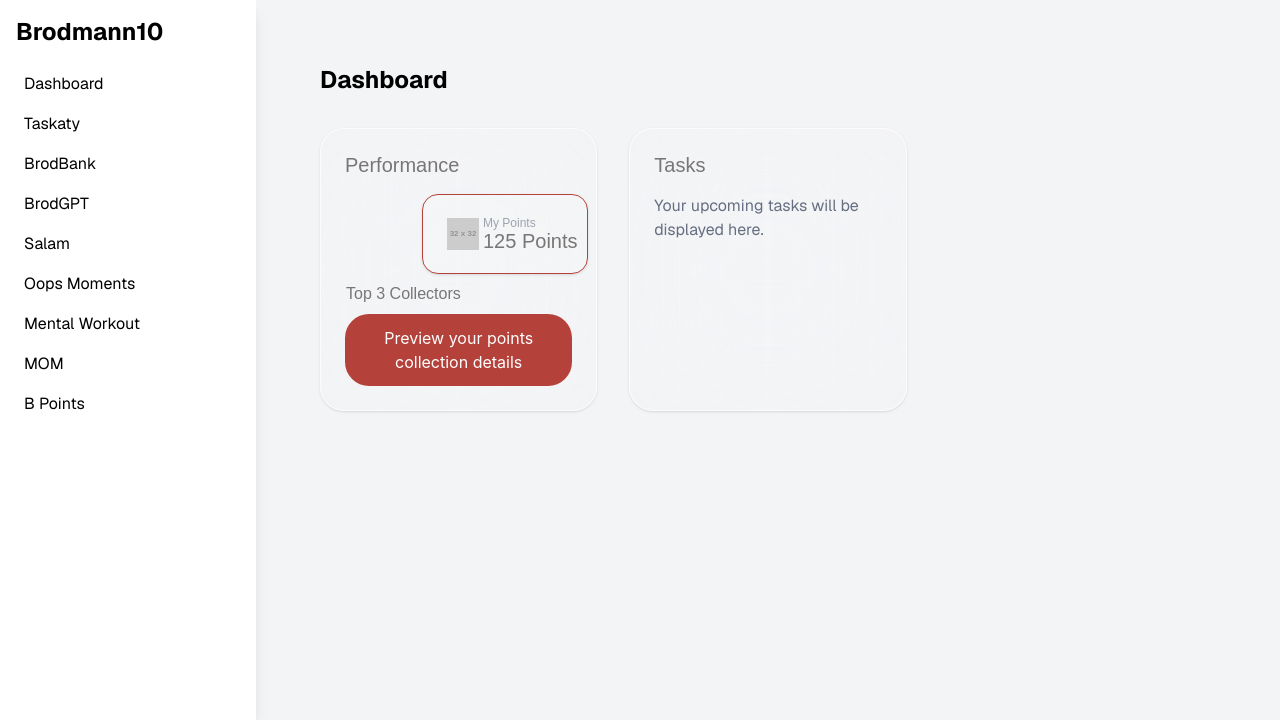
Repository: niirshihab/aetherav14
Page: /dashboard
These files come from the project's save history. The page is drawn as it stood at one moment and after the next save; the edit follows.
The browser window is 1280 px wide. The pictures show the whole page.
The project was rebuilt for these pictures with package versions that can differ from the ones it lists, and the page was loaded fresh each time. Some packages were replaced by stand-ins written for this rebuild. The framework's server and built-in components were replaced by stand-ins that run in the browser. Also part of the build but not shown: next.config.js.

Above is the page before, as saved 2024-07-21 02:02:55.

### app/dashboard/layout.tsx
import { Sidebar } from '@/components/SideNav'

export default function DashboardLayout({
  children,
}: {
  children: React.ReactNode
}) {
  return (
    <div className="flex flex-col lg:flex-row min-h-screen bg-gray-100">
      <Sidebar />
      <main className="flex-1 overflow-y-auto p-4 lg:p-8">{children}</main>
    </div>
  )
}

### app/dashboard/page.tsx
// app/dashboard/page.tsx
import { Widget } from '@/components/Widget'
import { Button } from '@/components/Button'

export default function DashboardPage() {
  return (
    <div className="p-8">
      <h1 className="text-2xl font-bold mb-8">Dashboard</h1>
      <div className="grid grid-cols-1 md:grid-cols-2 lg:grid-cols-3 gap-8">
        <Widget title="Performance">
          <div className="w-80 h-20 justify-center items-center inline-flex">
            <div className="grow shrink basis-0 self-stretch justify-center items-center gap-2 inline-flex">
              <div className="w-40 h-20 justify-center items-center flex">
                <div className="grow shrink basis-0 self-stretch p-6 bg-brod-stone-50/5 rounded-2xl shadow border border-brod-rose-700 flex-col justify-center items-center gap-2 inline-flex">
                  <div className="h-16 justify-start items-center gap-1 inline-flex">
                    <img className="w-8 h-8" src="https://via.placeholder.com/32x32" alt="User" />
                    <div className="flex-col justify-start items-start gap-0.5 inline-flex">
                      <div className="text-gray-400 text-xs font-normal font-abeezee leading-none">My Points</div>
                      <div className="w-28 justify-start items-center gap-1 inline-flex">
                        <div className="text-brod-stone/60 text-xl font-normal font-abeezee leading-none">125 Points</div>
                      </div>
                    </div>
                  </div>
                </div>
              </div>
              {/* Add Company's Average section here */}
            </div>
          </div>
          <div className="self-stretch h-10 pl-px justify-start items-center inline-flex">
            <div className="grow shrink basis-0 flex-col justify-start items-start gap-0.5 inline-flex">
              <div className="text-brod-stone/60 text-base font-normal font-abeezee leading-none">Top 3 Collectors</div>
            </div>
            {/* Add top 3 collectors images here */}
          </div>
          <Button>Preview your points collection details</Button>
        </Widget>

        {/* Example of another widget */}
        <Widget title="Tasks">
          {/* Add task-related content here */}
          <p className="text-brod-gray-500">Your upcoming tasks will be displayed here.</p>
        </Widget>

        {/* Add more widgets as needed */}
      </div>
    </div>
  )
}

### app/globals.css
@tailwind base;
@tailwind components;
@tailwind utilities;

:root {
  --foreground: 0 0% 0%;
  --background: 0 0% 100%;
}

@media (prefers-color-scheme: dark) {
  :root {
    --foreground: 0 0% 100%;
    --background: 0 0% 0%;
  }
}

body {
  color: hsl(var(--foreground));
  background: hsl(var(--background));
}

### components/SideNav.tsx
'use client'

import React, { useState } from 'react';
import Link from 'next/link';
import { Menu, X } from 'lucide-react';

const navItems = [
  { name: 'Dashboard', href: '/dashboard', icon: 'dashboard-icon' },
  { name: 'Taskaty', href: '/taskaty', icon: 'taskaty-icon', dropdown: true },
  { name: 'BrodBank', href: '/brodbank', icon: 'brodbank-icon' },
  { name: 'BrodGPT', href: '/brodgpt', icon: 'brodgpt-icon' },
  { name: 'Salam', href: '/salam', icon: 'salam-icon', dropdown: true },
  { name: 'Oops Moments', href: '/oops-moments', icon: 'oops-moments-icon' },
  { name: 'Mental Workout', href: '/mental-workout', icon: 'mental-workout-icon' },
  { name: 'MOM', href: '/mom', icon: 'mom-icon' },
  { name: 'B Points', href: '/b-points', icon: 'b-points-icon' },
];

export const Sidebar: React.FC = () => {
  const [isOpen, setIsOpen] = useState(false);

  return (
    <>
      <button
        className="lg:hidden fixed top-4 left-4 z-20"
        onClick={() => setIsOpen(!isOpen)}
      >
        {isOpen ? <X size={24} /> : <Menu size={24} />}
      </button>
      <div className={`fixed inset-y-0 left-0 transform ${isOpen ? "translate-x-0" : "-translate-x-full"} lg:relative lg:translate-x-0 transition duration-200 ease-in-out lg:flex lg:flex-col w-64 bg-white shadow-lg z-10`}>
        <div className="p-4">
          <h1 className="text-2xl font-bold">Brodmann10</h1>
        </div>
        <nav className="flex-1 overflow-y-auto">
          {navItems.map((item) => (
            <div key={item.name} className="px-4 py-2">
              <Link href={item.href} className="flex items-center space-x-2 text-black hover:text-brod-rose-700">
                <span>{/* Add icon here */}</span>
                <span>{item.name}</span>
              </Link>
            </div>
          ))}
        </nav>
      </div>
    </>
  );
};

### components/Widget.tsx
// components/Widget.tsx
import React from 'react';

interface WidgetProps {
  title: string;
  children: React.ReactNode;
}

export const Widget: React.FC<WidgetProps> = ({ title, children }) => {
  return (
    <div className="w-full bg-brod-stone-50/5 rounded-3xl shadow border border-white/70 backdrop-blur-3xl flex-col justify-center items-start gap-2 p-4 sm:p-6">
      <h2 className="text-brod-stone/60 text-xl font-normal font-abeezee leading-tight mb-4">{title}</h2>
      <div className="w-full">
        {children}
      </div>
    </div>
  );
};

### components/Button.tsx
// components/Button.tsx
import React from 'react';

interface ButtonProps {
  children: React.ReactNode;
  onClick?: () => void;
  fullWidth?: boolean;
}

export const Button: React.FC<ButtonProps> = ({ children, onClick, fullWidth = false }) => {
  return (
    <button
      onClick={onClick}
      className={`${fullWidth ? 'w-full' : 'w-auto'} px-4 sm:px-6 py-2 sm:py-3 bg-brod-rose-700 rounded-3xl flex justify-center items-center text-white text-sm sm:text-base font-normal font-inter leading-normal`}
    >
      {children}
    </button>
  );
};

### tailwind.config.ts
// tailwind.config.js
module.exports = {
  content: [
    './pages/**/*.{js,ts,jsx,tsx,mdx}',
    './components/**/*.{js,ts,jsx,tsx,mdx}',
    './app/**/*.{js,ts,jsx,tsx,mdx}',
  ],
  theme: {
    extend: {
      colors: {
        'brod-black': '#000000',
        'brod-zinc': '#1B1B1B',
        'brod-stone': '#242220',
        'brod-slate': '#334058',
        'brod-gray': {
          400: '#948997',
          500: '#666E81',
        },
        'brod-rose': {
          500: '#F4485D',
          700: '#B5413B',
        },
        'brod-orange': '#EE9849',
        'brod-stone-50': '#FEF9F9',
        foreground: 'hsl(var(--foreground))',
        background: 'hsl(var(--background))',
      },
      fontFamily: {
        'abeezee': ['ABeeZee', 'sans-serif'],
        'inter': ['Inter', 'sans-serif'],
        'poppins': ['Poppins', 'sans-serif'],
        'roboto': ['Roboto', 'sans-serif'],
      },
    },
  },
  plugins: [],
}

Loaded but not shown: app/layout.tsx (common file)

After the next save:
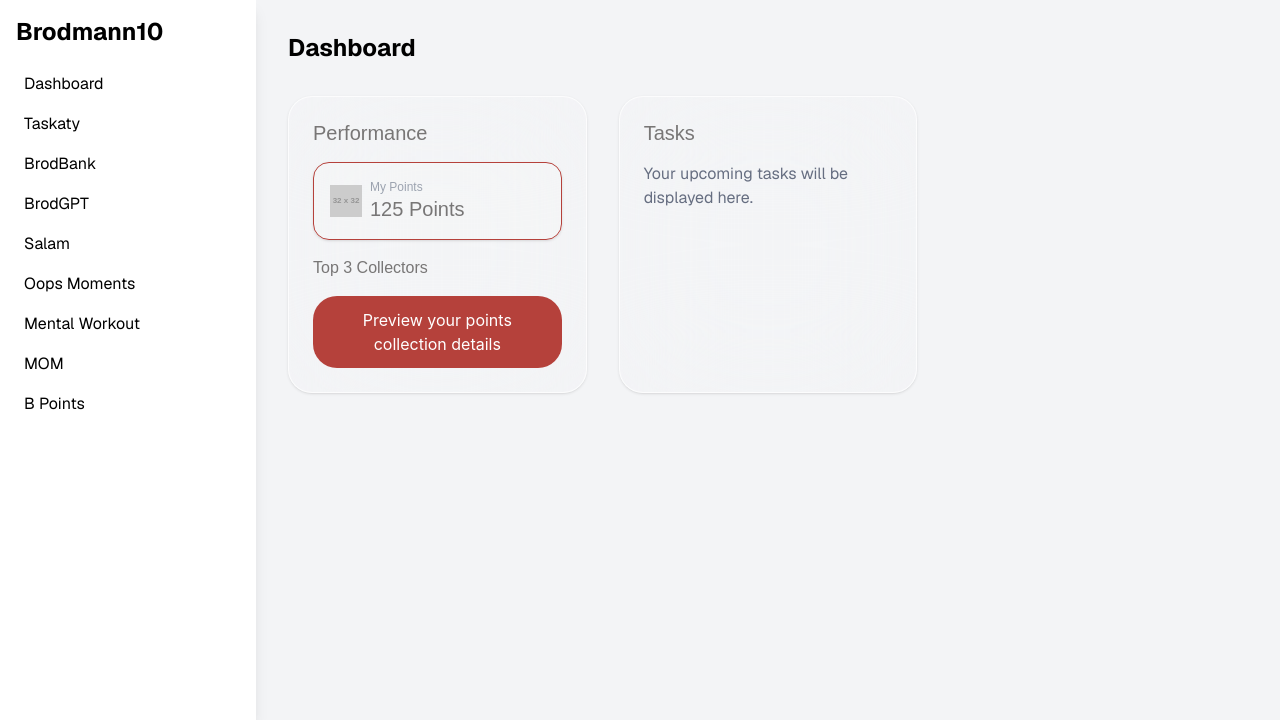
Saved 15 s later.
--- a/app/dashboard/page.tsx
+++ b/app/dashboard/page.tsx
@@ -4,40 +4,32 @@ import { Button } from '@/components/Button'
 
 export default function DashboardPage() {
   return (
-    <div className="p-8">
-      <h1 className="text-2xl font-bold mb-8">Dashboard</h1>
-      <div className="grid grid-cols-1 md:grid-cols-2 lg:grid-cols-3 gap-8">
+    <div className="space-y-8">
+      <h1 className="text-2xl font-bold">Dashboard</h1>
+      <div className="grid grid-cols-1 md:grid-cols-2 xl:grid-cols-3 gap-8">
         <Widget title="Performance">
-          <div className="w-80 h-20 justify-center items-center inline-flex">
-            <div className="grow shrink basis-0 self-stretch justify-center items-center gap-2 inline-flex">
-              <div className="w-40 h-20 justify-center items-center flex">
-                <div className="grow shrink basis-0 self-stretch p-6 bg-brod-stone-50/5 rounded-2xl shadow border border-brod-rose-700 flex-col justify-center items-center gap-2 inline-flex">
-                  <div className="h-16 justify-start items-center gap-1 inline-flex">
-                    <img className="w-8 h-8" src="https://via.placeholder.com/32x32" alt="User" />
-                    <div className="flex-col justify-start items-start gap-0.5 inline-flex">
-                      <div className="text-gray-400 text-xs font-normal font-abeezee leading-none">My Points</div>
-                      <div className="w-28 justify-start items-center gap-1 inline-flex">
-                        <div className="text-brod-stone/60 text-xl font-normal font-abeezee leading-none">125 Points</div>
-                      </div>
-                    </div>
+          <div className="space-y-4">
+            <div className="flex flex-col sm:flex-row gap-4">
+              <div className="flex-1 p-4 bg-brod-stone-50/5 rounded-2xl shadow border border-brod-rose-700">
+                <div className="flex items-center gap-2">
+                  <img className="w-8 h-8" src="https://via.placeholder.com/32x32" alt="User" />
+                  <div>
+                    <div className="text-gray-400 text-xs font-normal font-abeezee">My Points</div>
+                    <div className="text-brod-stone/60 text-xl font-normal font-abeezee">125 Points</div>
                   </div>
                 </div>
               </div>
               {/* Add Company's Average section here */}
             </div>
+            <div className="flex justify-between items-center">
+              <div className="text-brod-stone/60 text-base font-normal font-abeezee">Top 3 Collectors</div>
+              {/* Add top 3 collectors images here */}
+            </div>
+            <Button fullWidth>Preview your points collection details</Button>
           </div>
-          <div className="self-stretch h-10 pl-px justify-start items-center inline-flex">
-            <div className="grow shrink basis-0 flex-col justify-start items-start gap-0.5 inline-flex">
-              <div className="text-brod-stone/60 text-base font-normal font-abeezee leading-none">Top 3 Collectors</div>
-            </div>
-            {/* Add top 3 collectors images here */}
-          </div>
-          <Button>Preview your points collection details</Button>
         </Widget>
 
-        {/* Example of another widget */}
         <Widget title="Tasks">
-          {/* Add task-related content here */}
           <p className="text-brod-gray-500">Your upcoming tasks will be displayed here.</p>
         </Widget>
 
